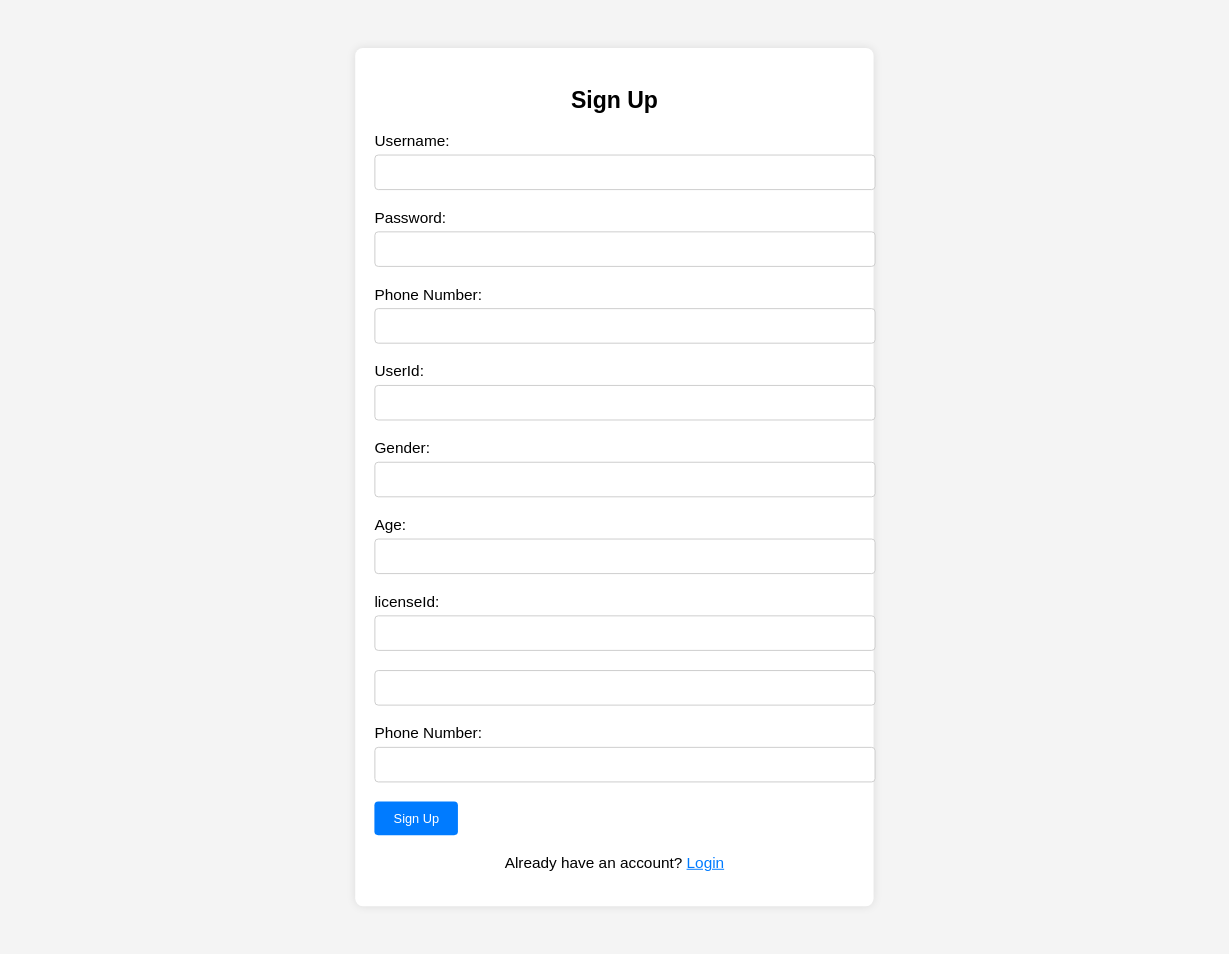
Repository: suryavishakan/parking_management
Page: http://localhost/signup
An editor plug-in stored every save of this project. The page is shown before and after the next save, followed by the edit.
The browser window is 1280 px wide. The pictures show the whole page, at 96% of full size.
The page is served by the project's application, run on Flask 3 (app.py).

Above is the page before, as saved 2024-04-20 13:47:02.

### templates/signup.html
<!-- signup.html -->

<!DOCTYPE html>
<html lang="en">
<head>
    <meta charset="UTF-8">
    <meta name="viewport" content="width=device-width, initial-scale=1.0">
    <title>Sign Up</title>
    <style>
        body {
            font-family: Arial, sans-serif;
            margin: 0;
            padding: 0;
            background-color: #f4f4f4;
        }
        .container {
            width: 100%;
            max-width: 500px;
            margin: 50px auto;
            padding: 20px;
            background-color: #fff;
            border-radius: 8px;
            box-shadow: 0 0 10px rgba(0, 0, 0, 0.1);
        }
        h2 {
            text-align: center;
            margin-bottom: 20px;
        }
        form {
            margin-bottom: 20px;
        }
        label {
            display: block;
            margin-bottom: 5px;
        }
        input[type="text"],
        input[type="password"],
        input[type="phoneNumber"] {
            width: 100%;
            padding: 10px;
            margin-bottom: 20px;
            border: 1px solid #ccc;
            border-radius: 4px;
        }
        button[type="submit"] {
            background-color: #007bff;
            color: #fff;
            border: none;
            padding: 10px 20px;
            border-radius: 4px;
            cursor: pointer;
        }
        button[type="submit"]:hover {
            background-color: #0056b3;
        }
        p {
            text-align: center;
        }
        a {
            color: #007bff;
        }
    </style>
</head>
<body>
    <div class="container">
        <h2>Sign Up</h2>
        {% with messages = get_flashed_messages() %}
            {% if messages %}
                <ul>
                    {% for message in messages %}
                        <li>{{ message }}</li>
                    {% endfor %}
                </ul>
            {% endif %}
        {% endwith %}
        <form action="{{ url_for('signup') }}" method="POST">
            <label for="username">Username:</label>
            <input type="text" id="username" name="username" required>
            <label for="password">Password:</label>
            <input type="password" id="password" name="password" required>
            <label for="phoneNumber">Phone Number:</label>
            <input type="phoneNumber" id="phoneNumber" name="phoneNumber" required>
            <label for="userId">UserId:</label>
            <input type="text" id="userId" name="userId" required>
            <label for="gender">Gender:</label>
            <input type="text" id="gender" name="gender" required>
            <label for="age">Age:</label>
            <input type="text" id="age" name="age" required>
            <label for="licenseId">licenseId:</label>
            <input type="text" id="licenseId" name="licenseId" required>

            <input type="password" id="password" name="password" required>
            <label for="phoneNumber">Phone Number:</label>
            <input type="phoneNumber" id="phoneNumber" name="phoneNumber" required>
            <button type="submit">Sign Up</button>
        </form>
        <p>Already have an account? <a href="{{ url_for('login') }}">Login</a></p>
    </div>
</body>
</html>

### app.py
from flask import Flask, Response, request, render_template, jsonify, redirect, url_for, request, flash, session
import pymongo
import secrets
import json
from bson.objectid import ObjectId
from bson.json_util import dumps
from functools import wraps

app=Flask(__name__ , template_folder='templates')
app.secret_key = secrets.token_hex(32)

try:
    mongo = pymongo.MongoClient(
        host = 'localhost',
        port = 27017,
        serverSelectionTimeoutMS = 1000
    )
    db = mongo.ParkingManagementSystemDb #connect to mongodb1
    users_collection = db.admin
    user_collection = db["customer"]
    #cart_collection = db["cart"]
    mongo.server_info() #trigger exception if cannot connect to db
except:
    print("Error connecting to MongoDB")

@app.route('/get/admin', methods=['GET'])
def displayall():
  try:
    documents = db.admin.find()
    output = [{item: data[item] for item in data if item != '_id'} for data in documents]
    return jsonify(output)
  except Exception as ex:
    response = Response("Search Records Error!!",status=500,mimetype='application/json')
    return response

# Route for signup page
@app.route('/signup', methods=['GET', 'POST'])
def signup():
    if request.method == 'POST':
        # Get form data
        username = request.form['username']
        password = request.form['password']

        # Check if username already exists
        if user_collection.find_one({'username': username}):
            flash('Username already exists. Please choose a different one.', 'error')
            return redirect(url_for('signup'))

        # Insert user data into database
        user_data = {'username': username, 'password': password}
        user_collection.insert_one(user_data)

        flash('Signup successful. You can now login.', 'success')
        return redirect(url_for('login'))

    return render_template('signup.html')

# Route to get an employee by name
@app.route('/get/user/<user_name>', methods=['GET'])
def get_user_by_name(user_name):
    try:
        # Using a case-insensitive query to match employee name
        document = db.user.find_one({"user_name": {"$regex": f'^{user_name}$', "$options": 'i'}})

        if document:
            # Exclude _id field from the response
            output = {item: document[item] for item in document if item != '_id'}
            return jsonify(output)
        else:
            return Response("USER not found", status=404, mimetype='application/json')

    except Exception as ex:
        app.logger.error(f"Error retrieving user by name: {ex}")
        return Response("Internal Server Error", status=500, mimetype='application/json')

# Route to get all employees
@app.route('/get/allusers', methods=['GET'])
def get_all_users():
    try:
        # Fetch all documents from the 'employee' collection
        documents = db.user.find()

        # Format the response excluding the _id field
        output = [{item: data[item] for item in data if item != '_id'} for data in documents]

        return jsonify(output)

    except Exception as ex:
        app.logger.error(f"Error retrieving all employees: {ex}")
        return Response("Internal Server Error", status=500, mimetype='application/json')

# Route to update employee details by name
@app.route('/update/user/<user_name>', methods=['PUT'])
def update_user_by_name(user_name):
    try:
        # Using a case-insensitive query to match employee name
        result = db.user.update_one(
            {"employee_name": {"$regex": f'^{user_name}$', "$options": 'i'}},
            {"$set": request.get_json()}
        )

        if result.modified_count > 0:
            return Response("User details updated successfully", status=200, mimetype='application/json')
        else:
            return Response("User not found", status=404, mimetype='application/json')

    except Exception as ex:
        app.logger.error(f"Error updating User details by name: {ex}")
        return Response("Internal Server Error", status=500, mimetype='application/json')

@app.route('/')
def homePage():
    try:
        # Fetch all products from the database
        products_cursor = db.product.find()

        # Convert the cursor to a list of dictionaries
        products = list(products_cursor)

        return render_template('homePage.html', products=products)
    except Exception as ex:
        app.logger.error(f"Error fetching products: {ex}")
        flash('Error fetching products', 'error')
        return render_template('homePage.html', products=[])

# Flask route to render the profile page
@app.route('/profile')
def profile():
    try:
        # Assuming you have a collection named 'users' in your MongoDB
        # Fetch user details from the 'users' collection
        user = db.user.find_one({'username': session['username']})

        if user:
            # Render the profile template with the user details
            return render_template('profile.html', user=user)
        else:
            flash('User details not found', 'error')
            return redirect(url_for('login'))
    except Exception as ex:
        app.logger.error(f"Error fetching user details: {ex}")
        flash('Error fetching user details', 'error')
        return redirect(url_for('login'))

@app.route('/select_user_type', methods=['POST'])
def select_user_type():
    user_type = request.form.get('userType')

    if user_type == 'admin':
        return redirect(url_for('login'))
    elif user_type == 'user':
        return redirect(url_for('login'))
    else:
        flash('Invalid user type selected', 'error')
        return redirect(url_for('index'))

# Update the Flask route for handling login
@app.route('/login', methods=['GET', 'POST'])
def login():
    if request.method == 'POST':
        username = request.form.get('username')
        password = request.form.get('password')

        # Query MongoDB for admin details
        admin_user = users_collection.find_one({'username': username, 'password': password})

        if admin_user:
            # Store admin credentials in the session
            session['username'] = username
            session['password'] = password

            return redirect(url_for('admin_panel'))
        else:
            # Query MongoDB for user details
            user_user = db.user.find_one({'username': username, 'password': password})

            if user_user:
                # Store user credentials in the session
                session['username'] = username
                session['password'] = password

                return redirect(url_for('user_details'))
            else:
                flash('Invalid username or password', 'error')

    return render_template('login.html')


# New route for employee details
@app.route('/user_details')
def user_details():
    # Check if user is authenticated as an employee
    try:
    # if 'username' in session and 'password' in session == 'employee':
        # Fetch employee details based on the stored credentials
        user = db.user.find_one({'username': session['username'], 'password': session['password']})

        if user:
            return render_template('user_details.html', user=user)
        else:
            flash('Unauthorized access', 'error')
            return redirect(url_for('login'))

    except Exception as ex:
        app.logger.error(f"Error fetching user data: {ex}")
        flash(f'Error fetching user data: {ex}', 'error')

    return render_template('user_details.html', user={})

# Route to render the update employee page
@app.route('/update_user/<user_name>', methods=['GET', 'POST'])
def update_user_page(user_name):
    try:
        # Fetch the employee details from the database using the employee name
        user = db.user.find_one({"user_name": {"$regex": f'^{user_name}$', "$options": 'i'}})

        if user:
            # Render the update employee page with the employee details
            return render_template('update_user.html', user=user)
        else:
            return Response("User not found", status=404, mimetype='application/json')

    except Exception as ex:
        app.logger.error(f"Error rendering update_user page: {ex}")
        return Response("Internal Server Error", status=500, mimetype='application/json')

# Route to handle the form submission for updating employee details
@app.route('/submit_update_user/<user_name>', methods=['POST'])
def submit_update_user(user_name):
    try:
        # Use the employee name parameter to identify the employee being updated
        user_name = user_name

        # Update the employee details in the database using request.form.to_dict()
        updated_user_data = request.form.to_dict()

        # Assuming you have a 'employee' collection in your MongoDB
        result = db.user.update_one(
            {"user_name": {"$regex": f'^{user_name}$', "$options": 'i'}},
            {"$set": request.form.to_dict()}
        )

        if result.modified_count > 0:
            flash('user details updated successfully', 'success')
        else:
            flash('user not found', 'error')

    except Exception as ex:
        app.logger.error(f"Error updating user details: {ex}")
        flash('Error updating user details', 'error')

    # Redirect to the admin page after the update
    return redirect(url_for('admin'))

# Route for admin panel
@app.route('/admin', methods=['GET', 'POST'])
def admin_panel():
    if 'username' in session and 'password' in session:
        # Check if the user is an admin
        admin_user = users_collection.find_one({'username': session['username'], 'password': session['password']})
        if admin_user:
            # Render the admin panel page
            return render_template('admin.html')

    # If user is not authenticated or not an admin, redirect to login page
    flash('Unauthorized access', 'error')
    return redirect(url_for('login'))


if __name__ == '__main__':
    app.run(port=5000, debug=True)

After the next save:
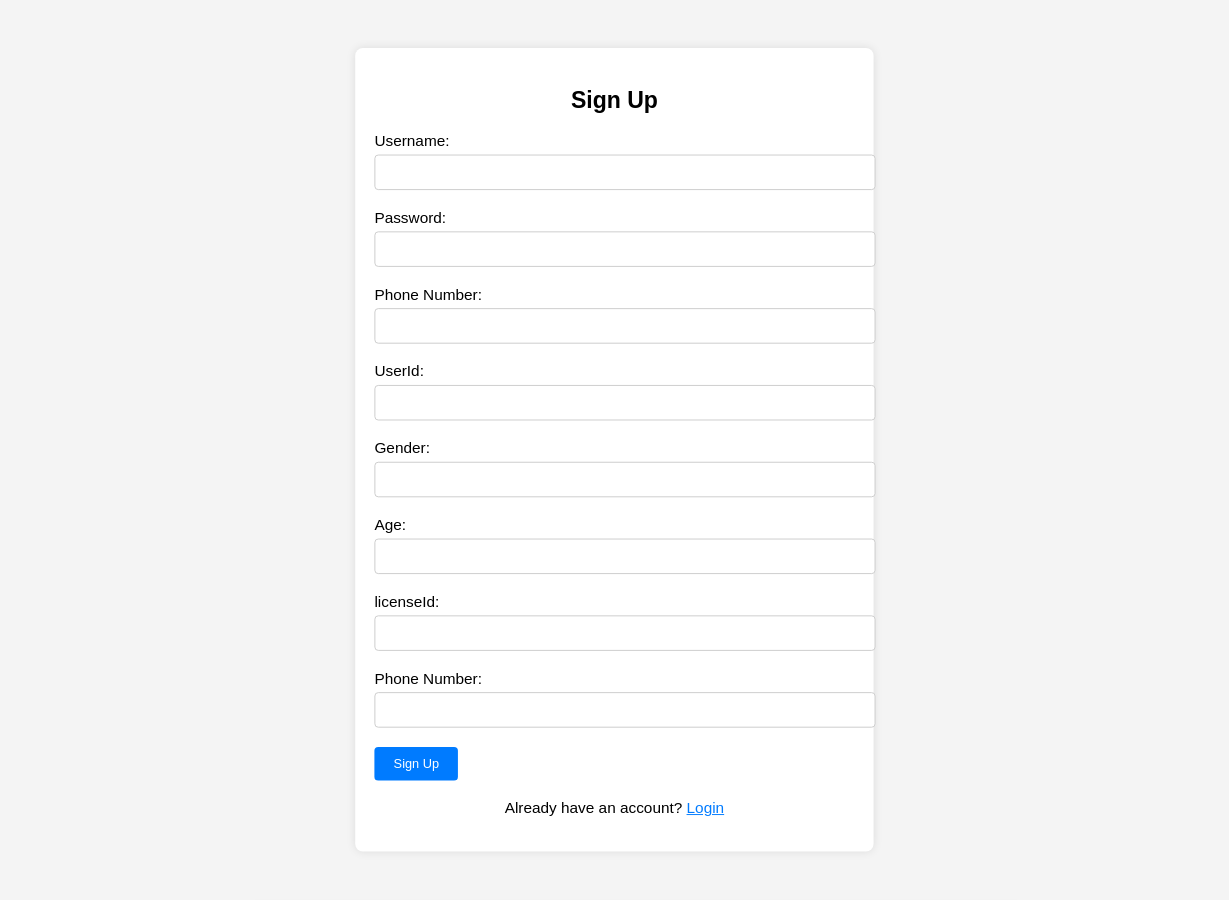
Saved 105 s later.
--- a/templates/signup.html
+++ b/templates/signup.html
@@ -89,7 +89,6 @@
             <label for="licenseId">licenseId:</label>
             <input type="text" id="licenseId" name="licenseId" required>
 
-            <input type="password" id="password" name="password" required>
             <label for="phoneNumber">Phone Number:</label>
             <input type="phoneNumber" id="phoneNumber" name="phoneNumber" required>
             <button type="submit">Sign Up</button>
